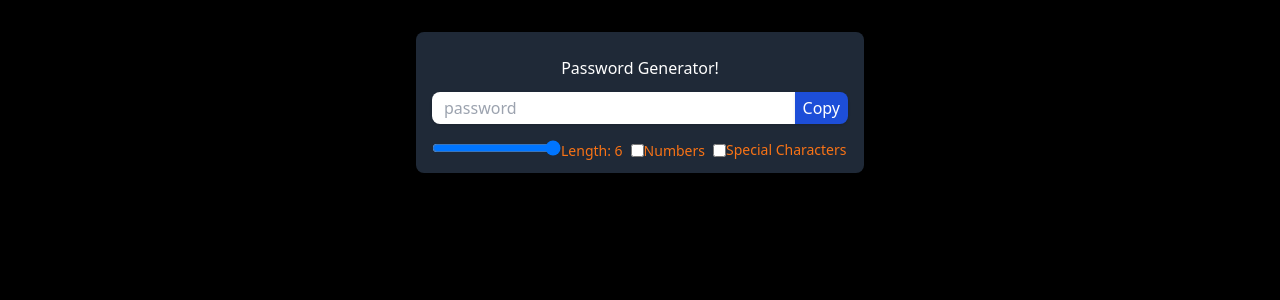
Repository: tirth2014/chai-aur-react
Page: / (app in 05_password-generator/)
The author's editor kept a copy of each file at every save. The page is drawn from the files as they stood at one save, then again after the next save.
The browser window is 1280 px wide. The pictures show the whole page.
The project was rebuilt for these pictures with package versions that can differ from the ones it lists, and the page was loaded fresh each time. Also part of the build but not shown: 05_password-generator/vite.config.js.

Above is the page before, as saved 2023-10-07 17:15:27.

After the next save:
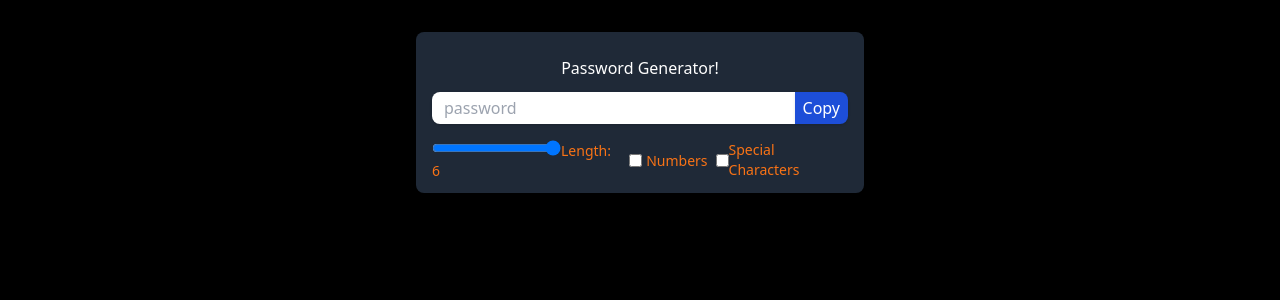
Saved 29 s later.
--- a/05_password-generator/src/App.jsx
+++ b/05_password-generator/src/App.jsx
@@ -35,7 +35,7 @@ function App() {
             />
             <label htmlFor="passLength" >Length: {length}</label>
           </div>
-          <div className='flex items-center'>
+          <div className='flex items-center gap-x-1'>
             <input
             type="checkbox"
             id='isNum'
